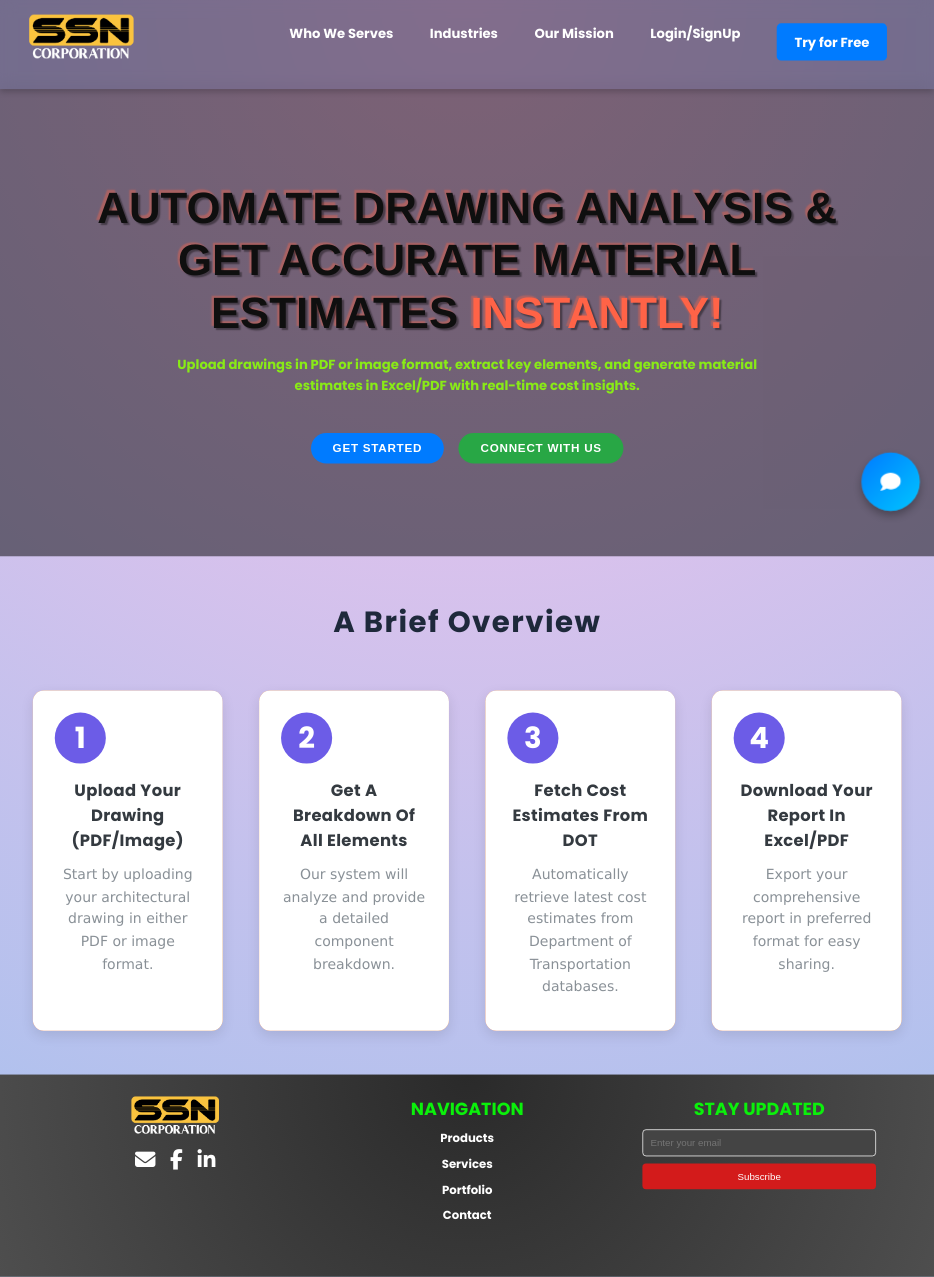
Repository: aabhashbasnet/SSNCorporation
Page: /
An editor plug-in stored every save of this project. The page is shown before and after a run of saves, followed by the edit.
The browser window is 1280 px wide. The pictures show the whole page, at 73% of full size.
The project was rebuilt for these pictures with package versions that can differ from the ones it lists, and the page was loaded fresh each time. Also part of the build but not shown: src/pages/OurMission/OurMission.jsx, src/pages/LoginSignUp/LoginSignUp.css, src/pages/LoginSignUp/LoginSignUp.jsx, src/pages/Industries/Industries.jsx, src/pages/Industries/Landscaping.jsx, src/pages/Industries/Paving.jsx, src/pages/Industries/GeneralConstruction.jsx, src/pages/Industries/FacilitiesMaintenance.jsx and 10 more.

Above is the page before, as saved 2025-02-11 15:52:15.

After the next 6 saves:
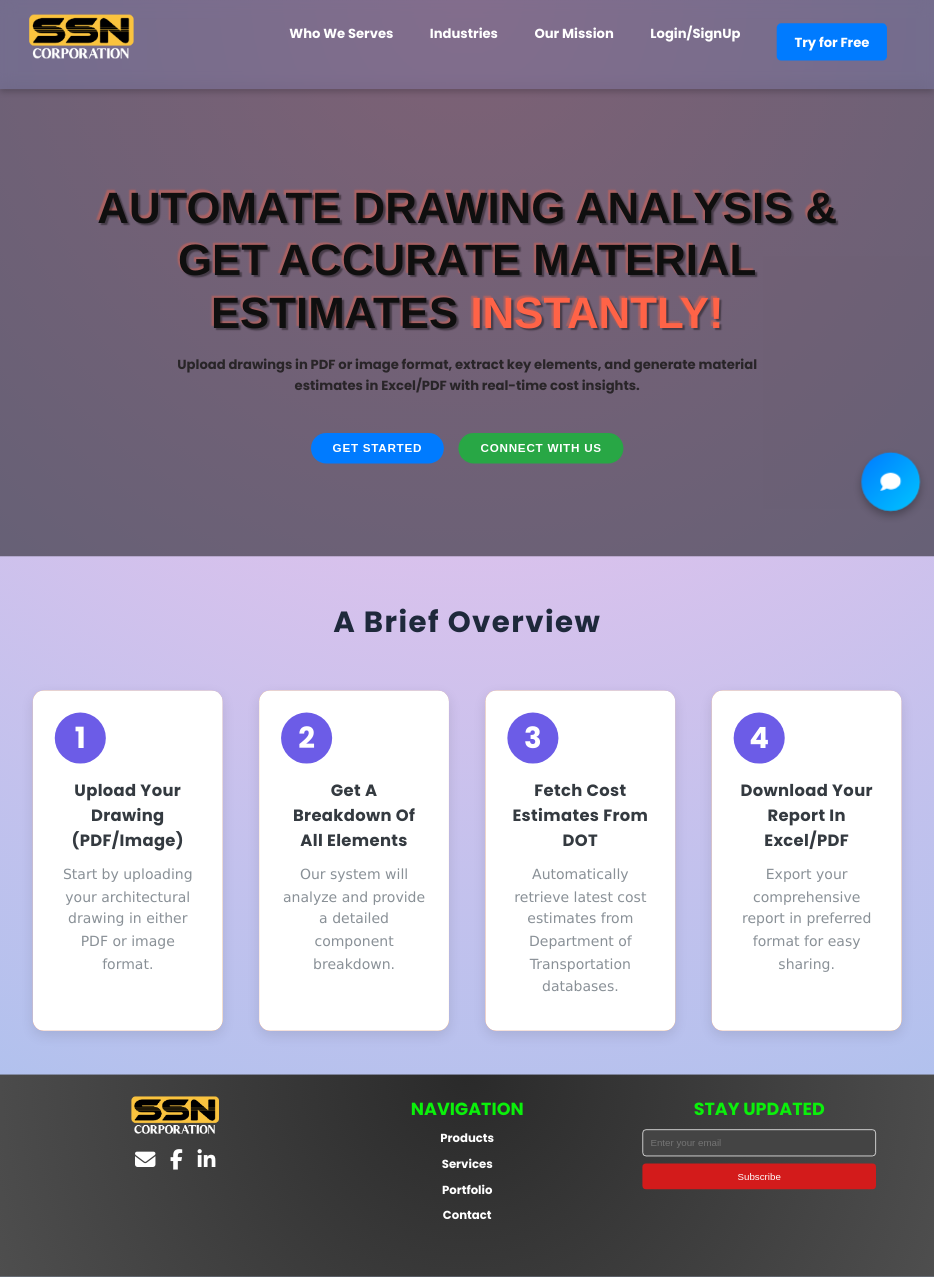
The 6 saves are shown as one change because they came seconds apart.
The last was saved 19 s later.
--- a/src/components/Main/Main.css
+++ b/src/components/Main/Main.css
@@ -66,7 +66,7 @@
 .description {
   font-size: 18px;
   font-weight: bold;
-  color: rgba(139, 253, 9, 0.884);
+  color: rgba(31, 28, 30, 0.884);
   max-width: 800px;
   margin: 0 auto;
   line-height: 1.6;
